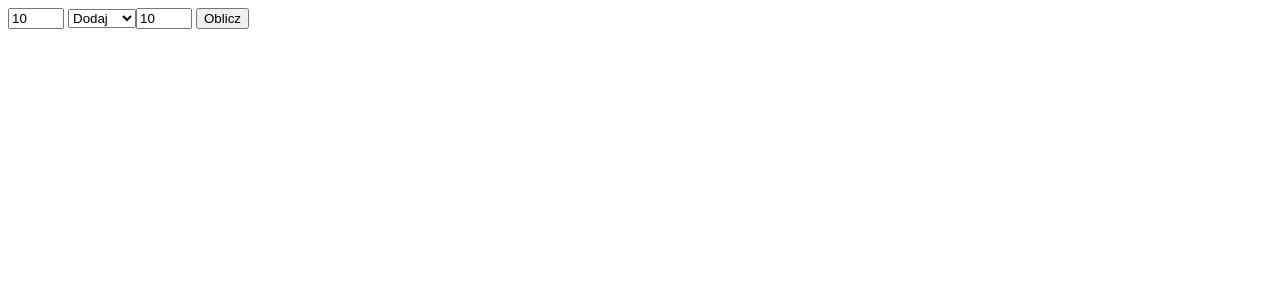
Repository: empe86/atj
Page: ProjektTemperatura/WebContent/index.html
The author's editor kept a copy of each file at every save. The page is drawn from the files as they stood at one save, then again after the next save.
The browser window is 1280 px wide. The pictures show the whole page.

Above is the page before, as saved 2019-03-12 18:02:58.

### ProjektTemperatura/WebContent/index.html
<!DOCTYPE html>
<html>
<head>
<meta charset="UTF-8">
<title>Insert title here</title>
</head>
<body>

<form action="MyServlet" method="get">
<input type="number" min="0" max="99" step="1" value="10" name="value1" required>
<select name="oper">
<option value="+">Dodaj</option>
<option value="-">Odejmij</option>
<input type="number" min="0" max="99" step="1" value="10" name="value2" required>
</select>
<input type="submit" value="Oblicz">
</form>
</body>
</html>

After the next save:
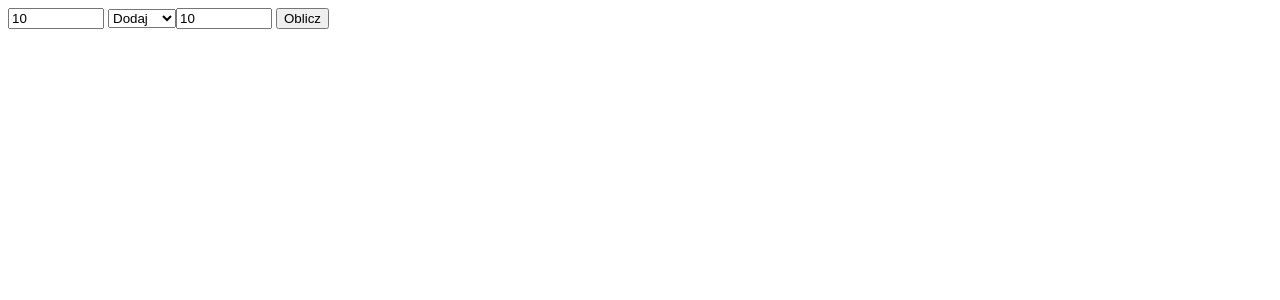
Saved 2 h 6 min later.
--- a/ProjektTemperatura/WebContent/index.html
+++ b/ProjektTemperatura/WebContent/index.html
@@ -7,11 +7,11 @@
 <body>
 
 <form action="MyServlet" method="get">
-<input type="number" min="0" max="99" step="1" value="10" name="value1" required>
+<input type="number" min="-460" max="999" step="0.01" value="10" name="value1" required>
 <select name="oper">
 <option value="+">Dodaj</option>
 <option value="-">Odejmij</option>
-<input type="number" min="0" max="99" step="1" value="10" name="value2" required>
+<input type="number" min="-460" max="999" step="0.01" value="10" name="value2" required>
 </select>
 <input type="submit" value="Oblicz">
 </form>
